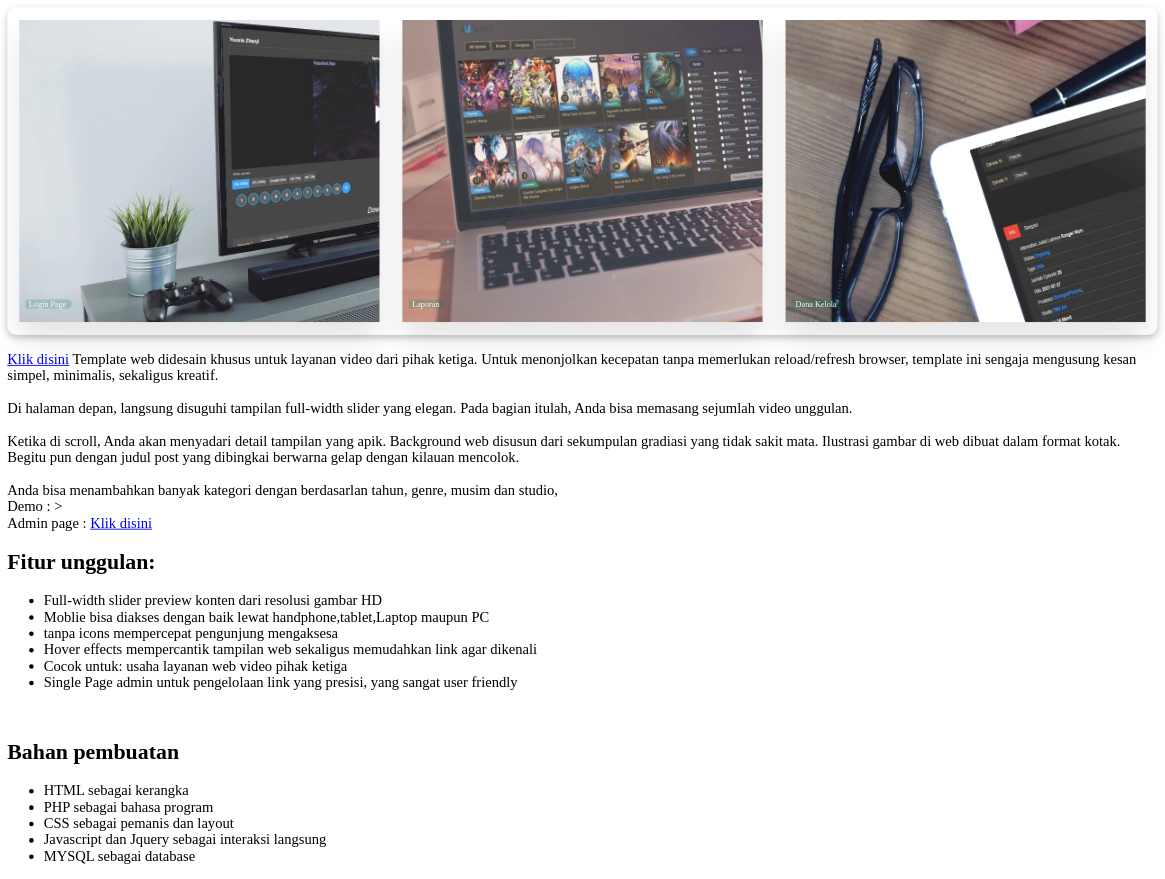
Repository: yusup-maulana/yusup-maulana.github.io
Page: portofolio-webanime.html
The author's editor kept a copy of each file at every save. The page is drawn from the files as they stood at one save, then again after the next save.
The browser window is 1280 px wide. The pictures show the whole page, at 91% of full size.
Some web fonts or font styles are not loaded; a fallback is used.

Above is the page before, as saved 2023-10-06 21:44:57.

After the next save:
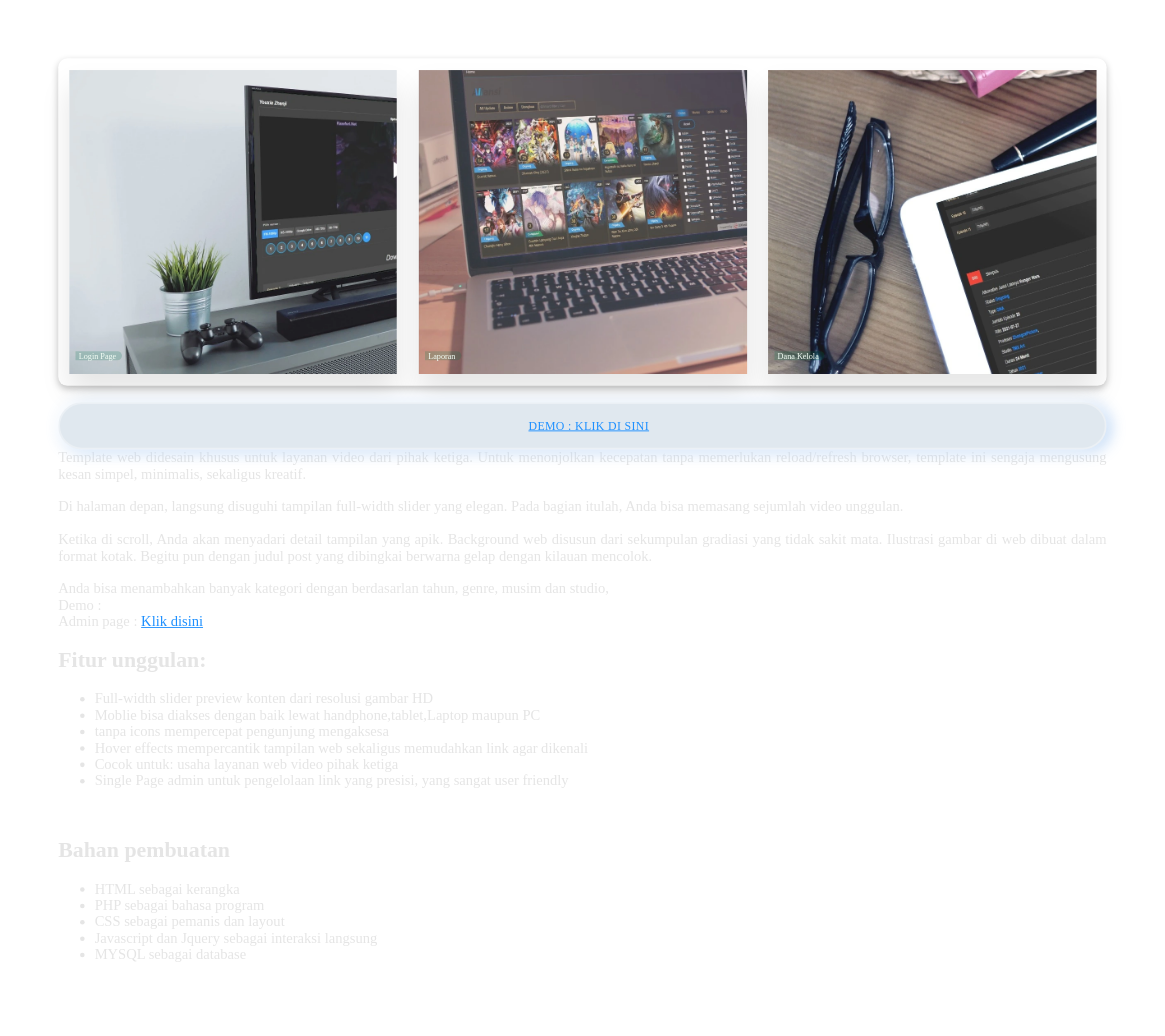
Saved 30 s later.
--- a/portofolio-webanime.html
+++ b/portofolio-webanime.html
@@ -146,8 +146,21 @@
 </div>
 <br />
 
-<a target="_blank" href="https://maulanaproject1.000webhostapp.com/"
->Klik disini</a
+<a  class="btn-portofolio" target="_blank" href="https://maulanaproject1.000webhostapp.com/"
+<svg
+      viewBox="0 0 24 24"
+      width="24"
+      height="24"
+      stroke="currentColor"
+      stroke-width="2"
+      fill="none"
+      stroke-linecap="round"
+      stroke-linejoin="round"
+      class="css-i6dzq1"
+    >
+      <polygon points="13 2 3 14 12 14 11 22 21 10 12 10 13 2"></polygon>
+    </svg>
+    Demo : Klik di sini </a>
 
 <body class="body2">
 
@@ -167,7 +180,7 @@
   dan studio, <br />
   Demo :
 
-  ><br />
+ <br />
   Admin page :
   <a
     target="_blank"
